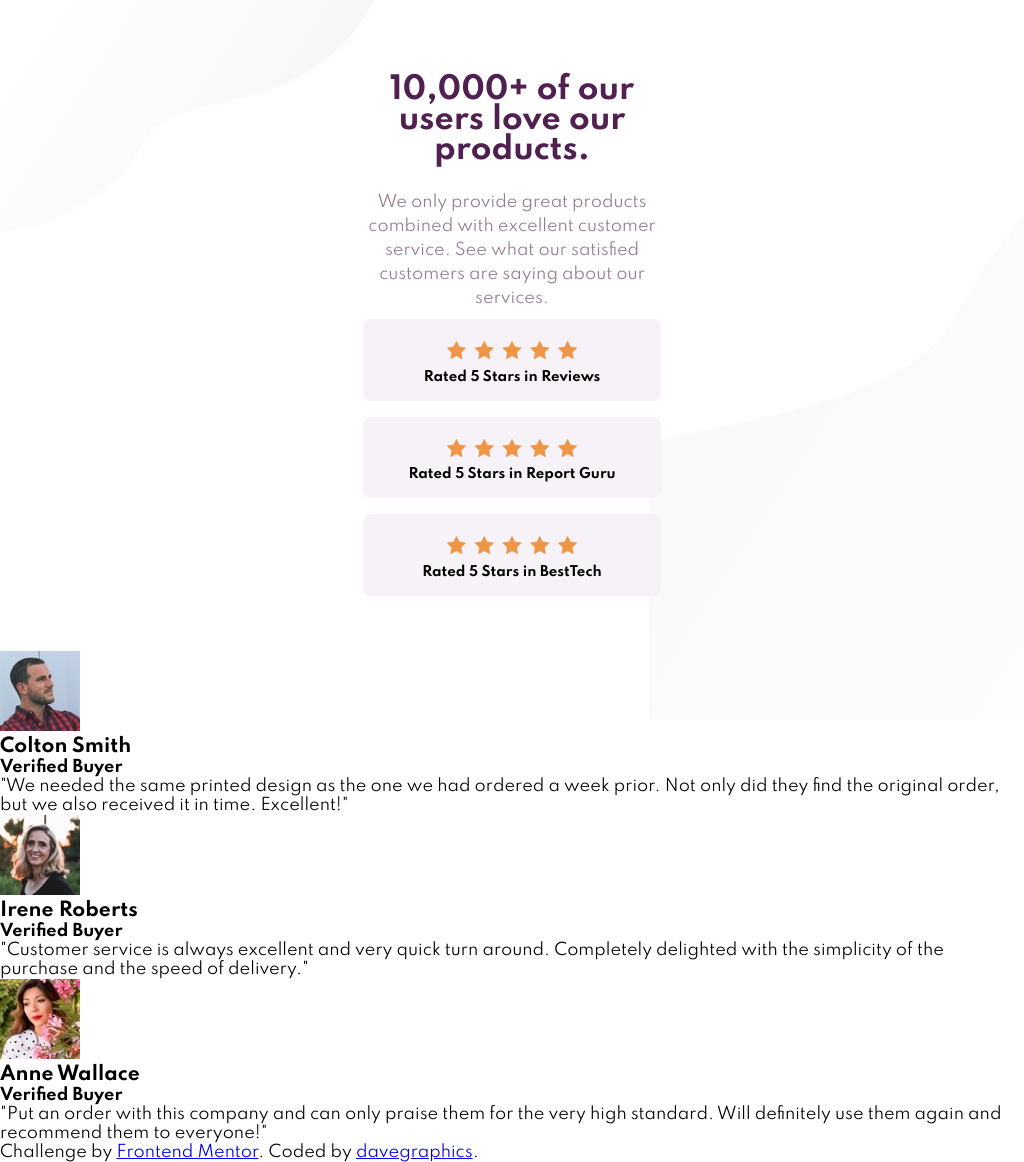
Repository: DejV44/social-proof-section-master
Page: index.html
The author's editor kept a copy of each file at every save. The page is drawn from the files as they stood at one save, then again after the next save.
The browser window is 1024 px wide. The pictures show the whole page.
The style sheet was rebuilt from its Sass, Less or Tailwind sources for each picture, by a compiler version that may differ from the author's.

Above is the page before, as saved 2021-06-26 21:03:58.

### index.html
<!DOCTYPE html>

<html lang="en">
<head>
    <meta charset="UTF-8">
    <meta http-equiv="X-UA-Compatible" content="IE=edge">
    <meta name="viewport" content="width=device-width, initial-scale=1.0">
    <link rel="stylesheet" href="../css/main.css">
    <title>social-proof-section-master</title>
</head>
<body>
    <div class="size">
        <section class="main">
            <div class="titles">
                <h1 class="title">10,000+ of our <br>users love our <br>products.</h1>
                <p class="item-1">We only provide great products combined with excellent customer service. See what our satisfied customers are saying about our services.</p>
            </div>
            <div class="container">
                <ul>
                    <li class="item1">
                        <img src="../img/stars.svg" alt="stars">
                        <h5>Rated 5 Stars in Reviews</h5>
                    </li>
                </ul>

                <ul>
                    <li class="item2">
                        <img src="../img/stars.svg" alt="stars">
                        <h5>Rated 5 Stars in Report Guru</h5>
                    </li>
                </ul>

                <ul>
                    <li class="item3">
                        <img src="../img/stars.svg" alt="stars">
                        <h5>Rated 5 Stars in BestTech</h5>
                    </li>
                </ul>
            </div>
        </section>

        <section class="citate">
            <ul class="alfa">
                <li>
                    <div class="identy1">
                        <img src="../img/image-colton.jpg" alt="stars">
                        <div>
                            <h3>Colton Smith</h3>
                            <h4>Verified Buyer</h4>
                        </div>
                    </div>
                    <blockquote>"We needed the same printed design as the one we had ordered a week prior. Not only did they find the original order, but we also received it in time. Excellent!"</blockquote>
                </li>
            </ul>

            <ul class="beta">
                <li>
                    <div class="identy2">
                        <img src="../img/image-irene.jpg" alt="stars">
                        <div>
                            <h3>Irene Roberts</h3>
                            <h4>Verified Buyer</h4>
                        </div>
                    </div>
                    <blockquote>"Customer service is always excellent and very quick turn around. Completely delighted with the simplicity of the purchase and the speed of delivery."</blockquote>
                </li>
            </ul>

            <ul class=gama>
                <li>
                    <div class="identy3">
                        <img src="../img/image-anne.jpg" alt="stars">
                        <div>
                            <h3>Anne Wallace</h3>
                            <h4>Verified Buyer</h4>
                        </div>
                    </div>
                    <blockquote>"Put an order with this company and can only praise them for the very high standard. Will definitely use them again and recommend them to everyone!"</blockquote>
                </li>
            </ul>
        </section>
        <div class="attribution">
            Challenge by
            <a href="https://www.frontendmentor.io?ref=challenge" target="_blank"
            >Frontend Mentor</a
            >. Coded by <a href="#">davegraphics</a>.
      </div>
    </div>
</body>
</html>

### css/main.scss
@import url('https://fonts.googleapis.com/css2?family=Spartan:wght@400;500;700&display=swap');

*{
    margin: 0;
    padding: 0;

    -webkit-font-smoothing: antialiased;
    /*outline: 3px solid rgb(197, 197, 197);*/
}

:root {
    --primary-color: hsl(300, 43%, 22%);
    --soft-pink: hsl(333, 80%, 67%);
    --neutral-color: hsl(303, 10%, 53%);
    --light-color: hsl(300, 24%, 96%);
    --white: hsl(0, 0%, 100%);
}

html {
    height: 100%;
}

@media only screen and (min-width: 1250px) {

body {
    margin: 0;
    padding: 0;

    background-image: url("/img/bg-pattern-top-desktop.svg"), url("/img/bg-pattern-bottom-desktop.svg");
    background-position: top 0px left 0px, bottom 0px right 0px;
    background-repeat: no-repeat;
    background-size: inherit;
    //background: var(--white);
    font-family: 'Spartan', sans-serif;

    .size {


        .main {

            margin: 120px auto 0 167px;
            max-width: 1440px;
            max-height: 400px;
            display: grid;
            grid-template-columns: 1fr 1fr;

            .titles {

                margin-right: 20%;

                .title {
                    font-size: 40px;
                    padding-bottom: 7px;
                }
            }

            .container {


                ul {

                    li {
                        display: grid;
                        grid-template-columns: 180px 260px;
                        list-style: none;
                        text-align: left;
                        border-radius: 7px;
                        background: var(--light-color);
                        max-width: 445px;

                    }
                    .item1 {
                        margin-left: -100px;
                        margin-bottom: 7px;
                    }

                    .item2 {
                        margin-left: -50px;
                        margin-bottom: 7px;
                    }

                    img {
                        width: 120px;
                        height: 17px;
                        grid-column: 1/2;
                        padding: 20px 0 20px 30px;
                    }

                    h5 {
                        grid-column: 2/2;
                        width: 260px;
                        padding: 20px 0;

                    }
                }
            }
        }


        .citate {


            display: grid;
            grid-template-columns: 1fr 1fr 1fr;
            margin: 50px auto;
            max-width: 1440px;


            ul {

                padding: 40px 30px;

                background: var(--primary-color);
                border-radius: .5em;
                width: 350px;
                height: 235px;
                margin: 0px auto 20px auto;

                blockquote {
                        color: var(--white);
                        margin-top: 25px;
                        line-height: 28px;
                        text-align: left;

                }

                li {
                    list-style: none;

                    h3 {
                            color: var(--white);
                            margin: .5em 0 .2em 0;
                            padding-left: 20px;
                            font-size: 15px;

                        }

                        h4 {
                            color: var(--soft-pink);
                            margin: .4em 0 .2em 0;
                            padding-left: 20px;
                            font-size: 14px;

                        }

                    .identy1 {
                        grid-column: 1/3;
                        display: flex;
                        img {
                            margin-top: 6px;
                            border-radius: 5em;
                            width: 45px;
                            height: 45px;
                            position: relative;
                            top: 4px;
                            left: 4px;
                        }

                    }

                    .identy2 {
                        grid-column: 2/3;
                        display: flex;
                        img {
                            margin-top: 6px;
                            border-radius: 5em;
                            width: 45px;
                            height: 45px;
                            position: relative;
                            top: 4px;
                            left: 4px;

                        }


                    }

                    .identy3 {
                        grid-column: 3/3;
                        display: flex;
                        img {
                            margin-top: 6px;
                            border-radius: 5em;
                            width: 45px;
                            height: 45px;
                            position: relative;
                            top: 4px;
                            left: 4px;
                        }


                    }
                }

            }

            .beta {
                margin-top: 20px;
            }

            .gama {
                margin-top: 40px;
            }
        }

        .attribution {
            position: absolute;
            width: 100%;
            bottom: 0;
            text-align: center;
            font-size: 13px;
            padding-bottom: 5px;


            a {
                text-decoration: none;
                font-size: 13px;

            }


        }
    }

}
}

@media only screen and (max-width: 1250px) {
body {
    margin: 0;
    padding: 0;
    font-family: 'Spartan', sans-serif;
    background-image: url("/img/bg-pattern-top-mobile.svg"), url("/img/bg-pattern-bottom-mobile.svg");
    background-position: top 0px left 0px, bottom 0px right 0px;
    background-repeat: no-repeat;
    background-size: inherit;

    .main {
        text-align: center;
        margin: 0 auto 70px auto;




        .title {
            margin: 0 auto;
            padding: 2.5em 10% 0 10%;
            font-size: 30px;
            line-height: 30px;
            font-weight: 900;
            color: var(--primary-color);
            width: 250px;
            height: 105px;
        }

        p {
            padding: 10px 0;
            margin: 0px auto;
            color: var(--neutral-color);
            line-height: 1.5em;
            width: 325px;
            height: 100px;
            font-size: 14,5px;
        }

        .container {
            padding: .2em;
            width: 330px;
            height: 80px;
            display: inline-block;


            li {
                list-style: none;
                padding: 1em;
                margin: 1em;
                background: var(--light-color);
                border-radius: .5em;

                img {
                    padding: .3em;
                    width: 130px;
                    height: 20px;
                }

                h3 {
                    padding: .3em;
                    color: var(--primary-color);
                    font-size: 13px;
                }
            }
        }


    }







}

}

After the next save:
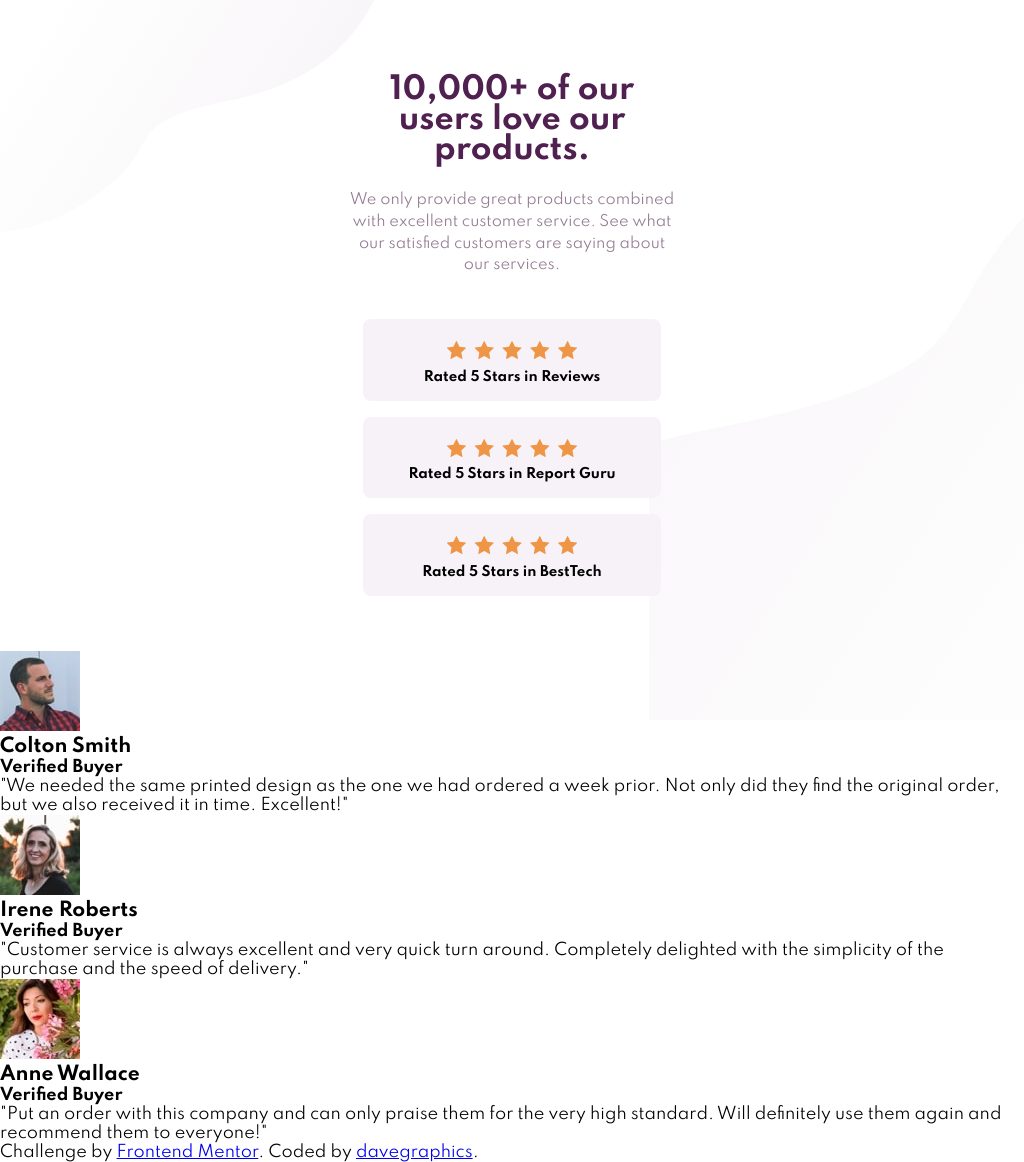
Saved 9 s later.
--- a/css/main.scss
+++ b/css/main.scss
@@ -260,7 +260,7 @@ body {
             line-height: 1.5em;
             width: 325px;
             height: 100px;
-            font-size: 14,5px;
+            font-size: 14.5px;
         }
 
         .container {
